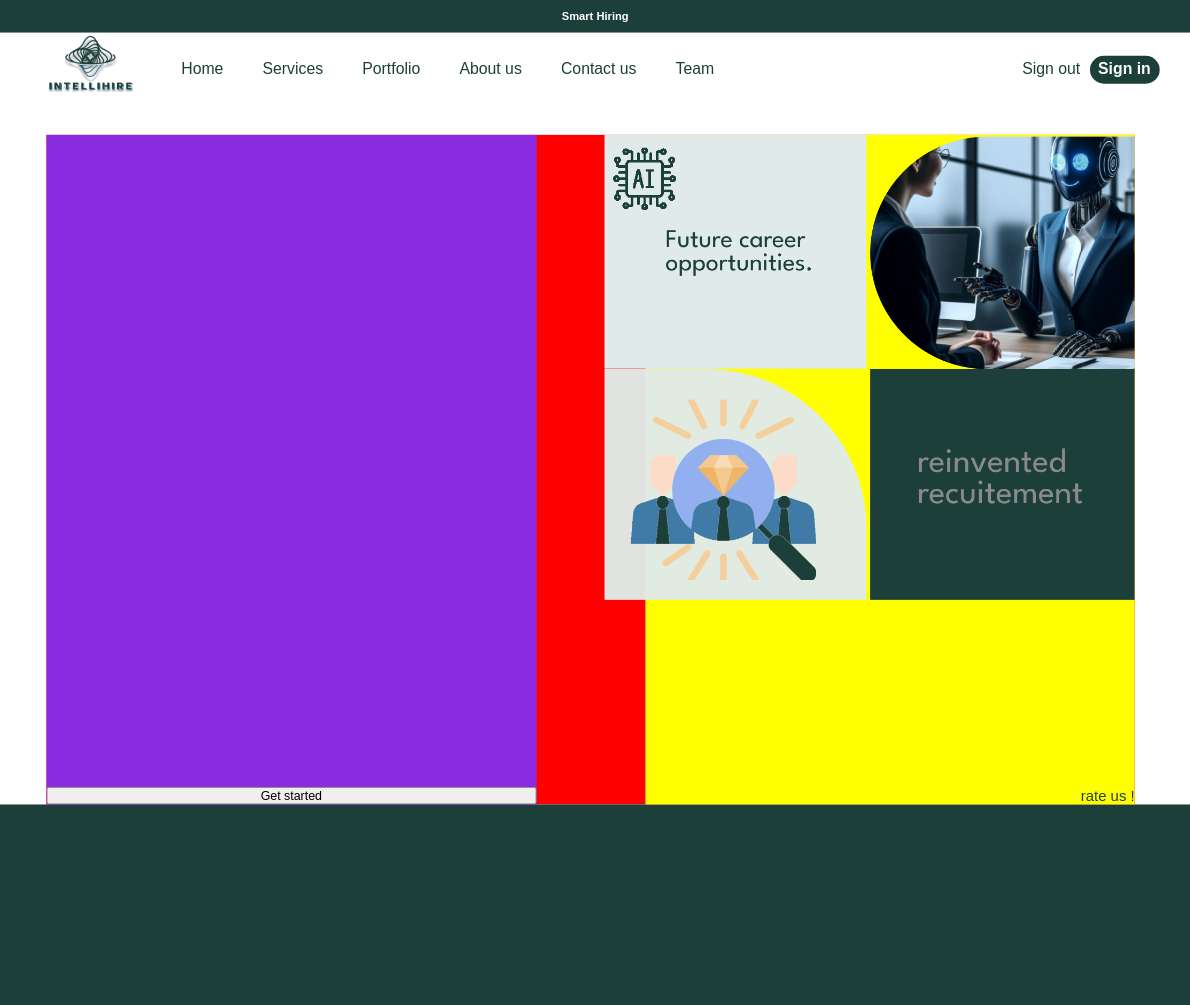
Repository: arijkl/Projet-PFA
Page: HomePage.html
The author's editor kept a copy of each file at every save. The page is drawn from the files as they stood at one save, then again after the next save.
The browser window is 1280 px wide. The pictures show the whole page, at 93% of full size.

Above is the page before, as saved 2024-04-21 19:59:16.

After the next save:
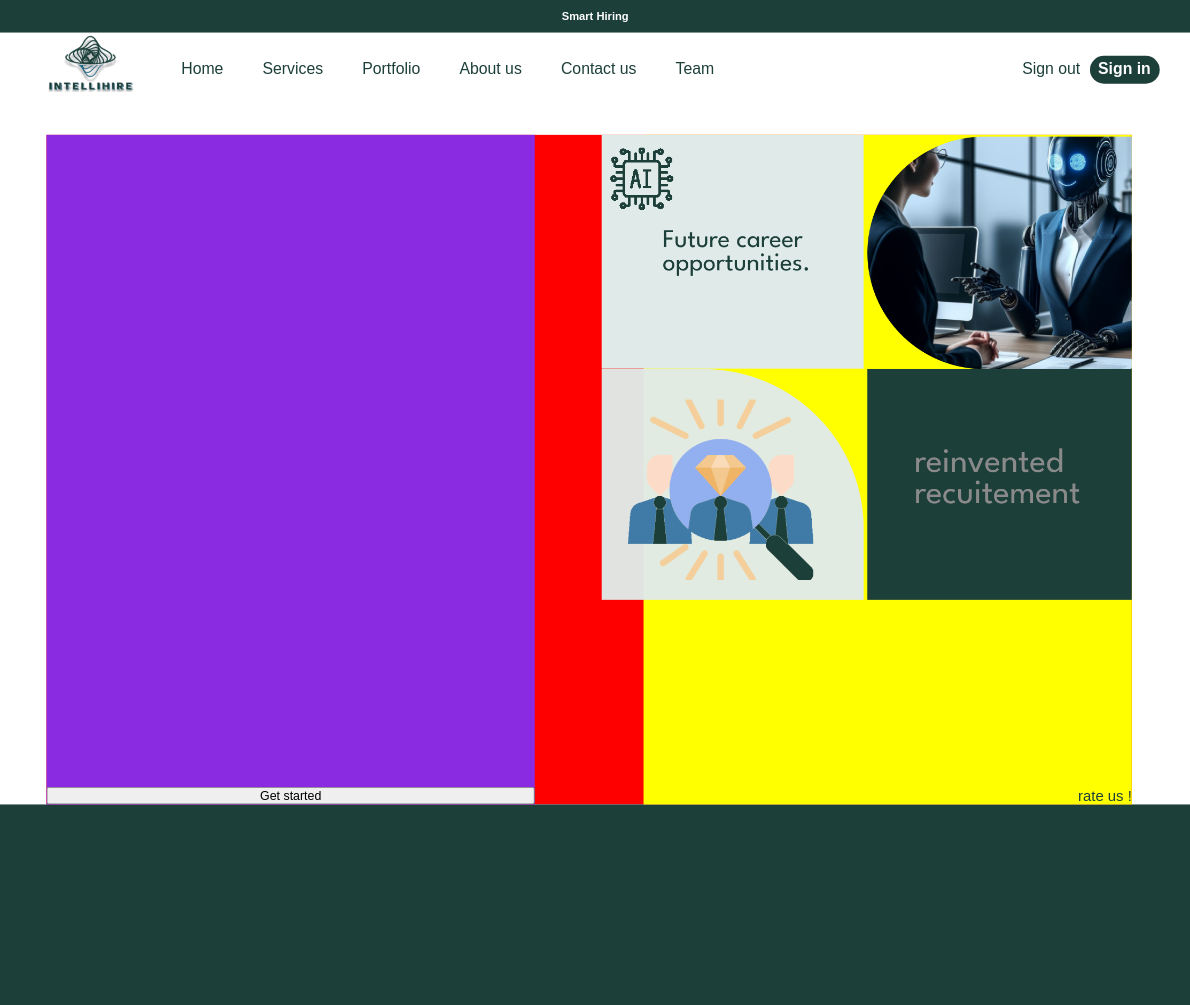
Saved 22 s later.
--- a/HomePage.css
+++ b/HomePage.css
@@ -120,7 +120,7 @@
     align-items:center;
     height: 100%;
     margin-left: 50px;
-    margin-right: 60px;
+    margin-right: 63px;
     margin-top:30px;
     background-color:red;
 }

After the save that followed:
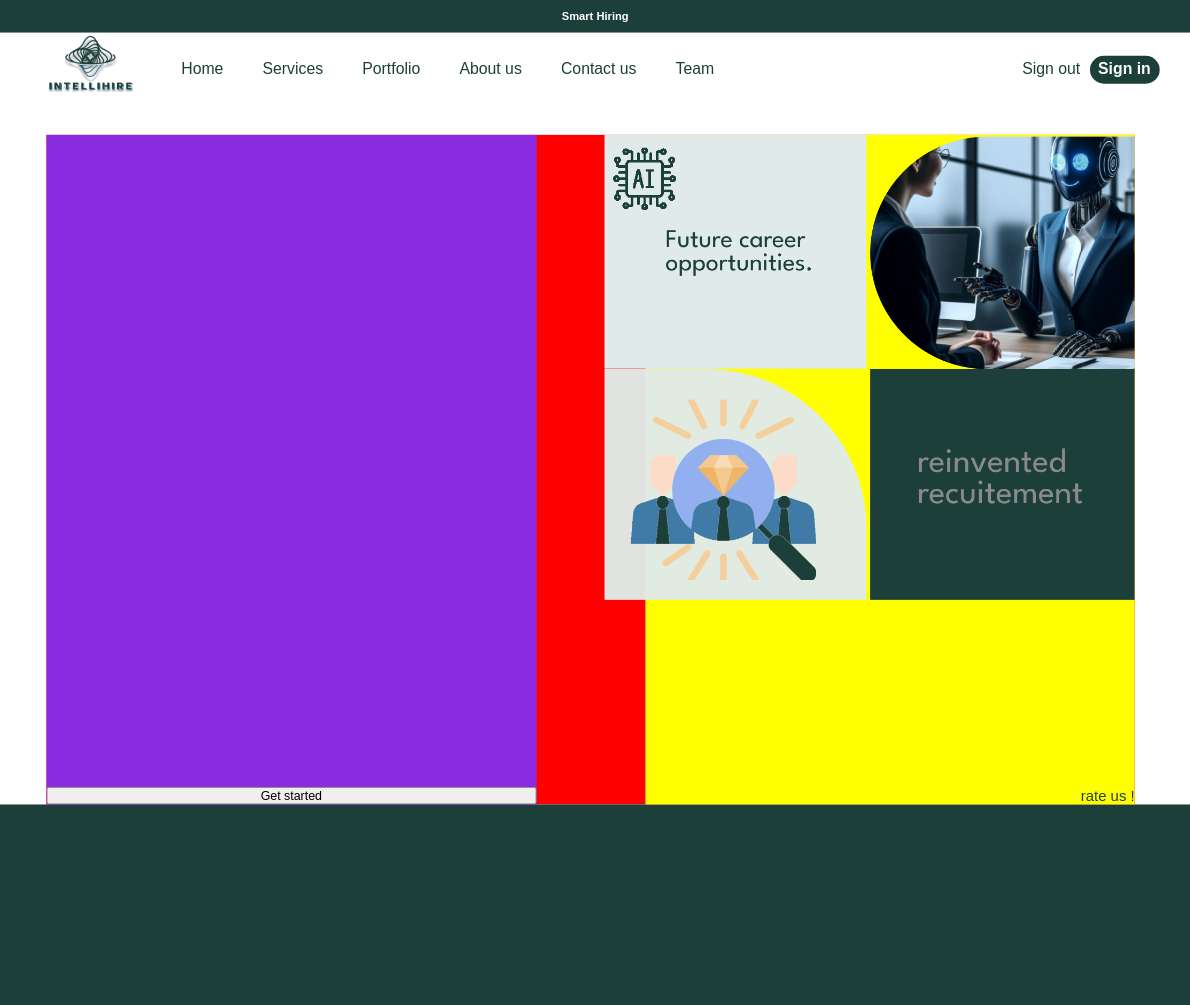
Saved 16 s later.
--- a/HomePage.css
+++ b/HomePage.css
@@ -120,7 +120,7 @@
     align-items:center;
     height: 100%;
     margin-left: 50px;
-    margin-right: 63px;
+    margin-right: 60px;
     margin-top:30px;
     background-color:red;
 }
